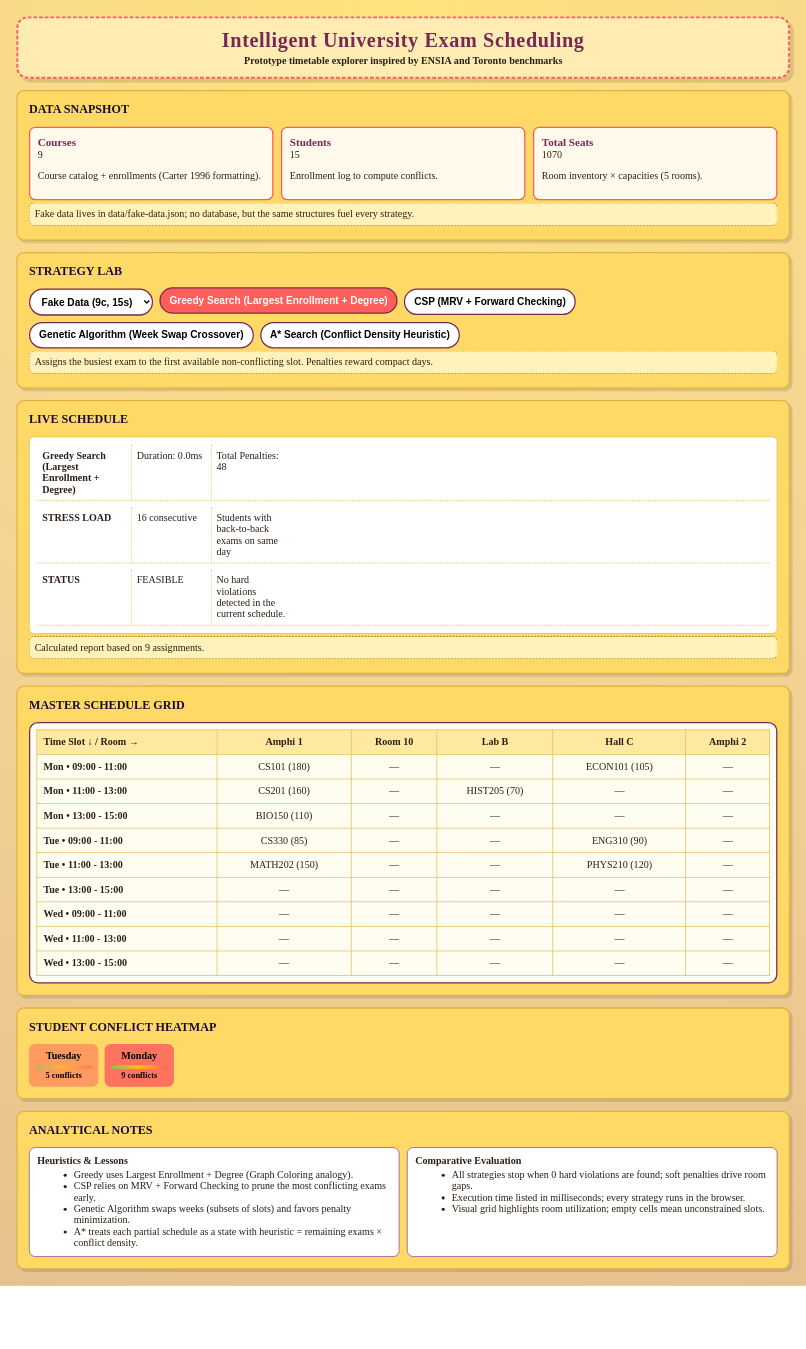
Repository: tarikko/AIExamScheduler
Page: index.html
These files come from the project's save history. The page is drawn as it stood at one moment and after the next save; the edit follows.
The browser window is 1280 px wide. The pictures show the whole page, at 63% of full size.

Above is the page before, as saved 2026-02-23 23:13:50.

### index.html
<!DOCTYPE html>
<html lang="en">
<head>
  <meta charset="UTF-8" />
  <meta name="viewport" content="width=device-width, initial-scale=1" />
  <title>Intelligent University Exam Scheduling System</title>
  <link rel="stylesheet" href="css/styles.css" />
</head>
<body>
  <div class="page">
    <header>
      <h1>Intelligent University Exam Scheduling</h1>
      <p>Prototype timetable explorer inspired by ENSIA and Toronto benchmarks</p>
    </header>

    <section>
      <h2>Data Snapshot</h2>
      <div class="data-grid" id="data-overview"></div>
      <div class="legend">Fake data lives in data/fake-data.json; no database, but the same structures fuel every strategy.</div>
    </section>

    <section>
      <h2>Strategy Lab</h2>
      <div class="controls" id="strategy-controls"></div>
      <div id="algo-note" class="legend"></div>
      <div id="progress-container" style="display: none; margin-top: 10px;">
        <div style="font-weight: bold; margin-bottom: 4px;">Computing Schedule...</div>
        <div style="width: 100%; background: #eee; border: 1px solid var(--grid-line); height: 20px; border-radius: 10px; overflow: hidden;">
          <div id="progress-bar" style="width: 0%; height: 100%; background: var(--accent); transition: width 0.2s;"></div>
        </div>
      </div>
    </section>

    <section id="schedule-wrapper">
      <h2>Live Schedule</h2>
      <div id="schedule-results"></div>
      <div class="legend" id="score-note"></div>
    </section>

    <section>
      <h2>Master Schedule Grid</h2>
      <div class="table-wrapper">
        <table id="master-grid"></table>
      </div>
    </section>

    <section>
      <h2>Student Conflict Heatmap</h2>
      <div id="heatmap" class="heatmap"></div>
    </section>

    <section>
      <h2>Analytical Notes</h2>
      <div class="notes">
        <div class="note-card">
          <strong>Heuristics & Lessons</strong>
          <ul>
            <li>Greedy uses Largest Enrollment + Degree (Graph Coloring analogy).</li>
            <li>CSP relies on MRV + Forward Checking to prune the most conflicting exams early.</li>
            <li>Genetic Algorithm swaps weeks (subsets of slots) and favors penalty minimization.</li>
            <li>A* treats each partial schedule as a state with heuristic = remaining exams × conflict density.</li>
          </ul>
        </div>
        <div class="note-card">
          <strong>Comparative Evaluation</strong>
          <ul>
            <li>All strategies stop when 0 hard violations are found; soft penalties drive room gaps.</li>
            <li>Execution time listed in milliseconds; every strategy runs in the browser.</li>
            <li>Visual grid highlights room utilization; empty cells mean unconstrained slots.</li>
          </ul>
        </div>
      </div>
    </section>
  </div>

  <script type="module" src="js/app.js"></script>
</body>
</html>

### css/styles.css
:root {
  color-scheme: light;
  --bg: #f5f1d2;
  --panel: #ffecb3;
  --panel-strong: #ffd966;
  --accent: #ff5e5b;
  --deep: #772953;
  --grid-line: #ddb347;
  font-family: 'Comic Sans MS', 'Comic Sans', cursive;
}

* {
  box-sizing: border-box;
}

body {
  margin: 0;
  background: radial-gradient(circle at top, #ffe27a, #f5d494 50%, #e7c18d 100%);
  color: #2b1f17;
}

.page {
  min-height: 100vh;
  padding: 26px;
  display: flex;
  flex-direction: column;
  gap: 18px;
}

header {
  background: var(--panel);
  border: 3px dashed var(--accent);
  padding: 16px;
  border-radius: 18px;
  box-shadow: 6px 6px 0 rgba(0, 0, 0, 0.12);
  text-align: center;
}

header h1 {
  margin: 0;
  font-size: 2rem;
  letter-spacing: 1px;
  color: var(--deep);
}

header p {
  margin: 6px 0 0;
  font-weight: bold;
}

section {
  background: var(--panel-strong);
  padding: 18px;
  border-radius: 12px;
  border: 2px solid var(--grid-line);
  box-shadow: 4px 4px 0 rgba(0, 0, 0, 0.12);
}

h2,
h3 {
  margin-top: 0;
  color: #1a0c35;
  text-transform: uppercase;
  font-size: 1.2rem;
}

.data-grid {
  display: grid;
  grid-template-columns: repeat(auto-fit, minmax(210px, 1fr));
  gap: 12px;
}

.data-card {
  border: 2px solid var(--accent);
  padding: 12px;
  border-radius: 10px;
  background: #ffffffdd;
}

.data-card strong {
  display: block;
  font-size: 1.1rem;
  color: var(--deep);
}

.controls {
  display: flex;
  flex-wrap: wrap;
  gap: 10px;
  align-items: center;
}

.algo-btn {
  border: 2px solid var(--deep);
  background: #fff;
  font-size: 1rem;
  padding: 10px 14px;
  border-radius: 999px;
  cursor: pointer;
  transition: transform 0.15s ease, background 0.15s ease;
  font-weight: bold;
}

.algo-btn.active,
.algo-btn:hover {
  background: var(--accent);
  color: #fff;
  transform: translateY(-2px);
}

#schedule-results {
  display: flex;
  flex-direction: column;
  gap: 10px;
  width: 100%;
  background: #ffffff;
  padding: 12px;
  border-radius: 8px;
  border: 1px solid var(--grid-line);
}

.legend {
  margin: 4px 0;
  padding: 8px;
  background: #fff2bb;
  border-radius: 8px;
  border: 1px dashed #b36b00;
}

.grid-header,
.grid-row {
  display: grid;
  grid-template-columns: 150px repeat(auto-fill, minmax(120px, 1fr));
  border-bottom: 2px solid var(--grid-line);
}

.grid-row {
  border-bottom: 1px dashed var(--grid-line);
}

.grid-cell {
  padding: 8px;
  border-right: 1px dotted var(--grid-line);
}

.grid-cell:last-child {
  border-right: none;
}

.slot-label {
  font-weight: bold;
}

.heatmap {
  display: flex;
  gap: 10px;
  flex-wrap: wrap;
}

.heat-cell {
  width: 110px;
  padding: 10px;
  border-radius: 10px;
  text-align: center;
  font-weight: bold;
  color: #000;
}

.heat-bar {
  width: 100%;
  height: 6px;
  border-radius: 3px;
  margin-top: 6px;
  background: linear-gradient(90deg, #75c964, #ffcc00, #ff5e5b);
}

.notes {
  display: flex;
  gap: 12px;
  flex-wrap: wrap;
}

.note-card {
  flex: 1;
  min-width: 280px;
  background: #fff;
  padding: 12px;
  border-radius: 10px;
  border: 1px solid #802e91;
}

.table-wrapper {
  overflow-x: auto;
  border: 2px solid var(--deep);
  border-radius: 14px;
  padding: 10px;
  background: #fffdf0;
  box-shadow: inset 0 0 0 1px rgba(255, 255, 255, 0.6);
}

#master-grid {
  width: 100%;
  border-collapse: collapse;
  font-family: inherit;
}

#master-grid th,
#master-grid td {
  border: 1px solid var(--grid-line);
  padding: 10px;
  text-align: center;
}

#master-grid th {
  background: #ffe9a1;
  font-weight: bold;
}

#master-grid th:first-child,
#master-grid td:first-child {
  text-align: left;
  font-weight: bold;
}

ul {
  margin: 4px 0 0 18px;
}

@media (max-width: 720px) {
  .grid-header,
  .grid-row {
    grid-template-columns: 120px repeat(auto-fill, minmax(100px, 1fr));
  }

  body {
    padding: 12px;
  }
}

### js/time-slots.js
export const timeSlots = [
	{ id: "Mon-09-11", day: "Monday", label: "Mon • 09:00 - 11:00", durationMins: 120, index: 0 },
	{ id: "Mon-11-13", day: "Monday", label: "Mon • 11:00 - 13:00", durationMins: 120, index: 1 },
	{ id: "Mon-13-15", day: "Monday", label: "Mon • 13:00 - 15:00", durationMins: 120, index: 2 },
	{ id: "Tue-09-11", day: "Tuesday", label: "Tue • 09:00 - 11:00", durationMins: 120, index: 3 },
	{ id: "Tue-11-13", day: "Tuesday", label: "Tue • 11:00 - 13:00", durationMins: 120, index: 4 },
	{ id: "Tue-13-15", day: "Tuesday", label: "Tue • 13:00 - 15:00", durationMins: 120, index: 5 },
	{
		id: "Wed-09-11",
		day: "Wednesday",
		label: "Wed • 09:00 - 11:00",
		durationMins: 120,
		index: 6,
	},
	{
		id: "Wed-11-13",
		day: "Wednesday",
		label: "Wed • 11:00 - 13:00",
		durationMins: 120,
		index: 7,
	},
	{
		id: "Wed-13-15",
		day: "Wednesday",
		label: "Wed • 13:00 - 15:00",
		durationMins: 120,
		index: 8,
	},
];

### js/utils.js
export function buildConflicts(data) {
	const map = {};
	data.courses.forEach((course) => {
		map[course.code] = new Set();
	});

	data.students.forEach((student) => {
		student.courses.forEach((courseA) => {
			student.courses.forEach((courseB) => {
				if (courseA !== courseB) {
					map[courseA].add(courseB);
				}
			});
		});
	});

	return map;
}

export function isSlotAvailable(courseCode, slot, room, assignments, data) {
	// 1. Check Duration Constraint
	const course = data.courses.find(c => c.code === courseCode);
	if (course && course.durationMins > slot.durationMins) {
		return false; // Exam is too long for this slot
	}

	for (const assigned of assignments) {
		if (assigned.slot.id === slot.id && assigned.room.name === room.name) {
			return false; // Room busy
		}
		if (assigned.slot.id === slot.id) {
			const conflict = data.students.some(
				(student) =>
					student.courses.includes(courseCode) &&
					student.courses.includes(assigned.course.code)
			);
			if (conflict) {
				return false;
			}
		}
	}
	return true;
}

export function assessPenalties(assignments, students) {
	let hardViolations = 0;
	let softViolations = 0;
	const seen = new Set();

	assignments.forEach((assignment) => {
		const key = `${assignment.slot.id}-${assignment.room.name}`;
		if (seen.has(key)) hardViolations++;
		seen.add(key);
	});

	students.forEach((student) => {
		const slots = assignments
			.filter((assignment) =>
				student.courses.includes(assignment.course.code)
			)
			.map((assignment) => assignment.slot.index)
			.sort((a, b) => a - b);
		for (let i = 0; i < slots.length - 1; i++) {
			if (slots[i + 1] - slots[i] === 1) softViolations++;
		}
	});

	return {
		penalty: hardViolations * 50 + softViolations * 3,
		hardViolations,
		softViolations,
	};
}

### js/ui.js
export function renderDataOverview(data) {
	const container = document.getElementById("data-overview");
	container.innerHTML = "";

	const enrollTotal = data.courses.reduce(
		(sum, course) => sum + course.enrollment,
		0
	);
	const roomTotal = data.rooms.length;

	const cards = [
		{
			title: "Courses",
			value: data.courses.length,
			detail: "Course catalog + enrollments (Carter 1996 formatting).",
		},
		{
			title: "Students",
			value: data.students.length,
			detail: "Enrollment log to compute conflicts.",
		},
		{
			title: "Total Seats",
			value: enrollTotal,
			detail: `Room inventory × capacities (${roomTotal} rooms).`,
		},
	];

	cards.forEach((card) => {
		const el = document.createElement("div");
		el.className = "data-card";
		el.innerHTML = `<strong>${card.title}</strong><span>${card.value}</span><p>${card.detail}</p>`;
		container.appendChild(el);
	});
}

export function renderSchedule(assignments, meta) {
	const results = document.getElementById("schedule-results");
	results.innerHTML = "";

	// Header
	const header = document.createElement("div");
	header.className = "grid-row";
	header.innerHTML = `<div class="grid-cell slot-label">${meta.label}</div>`;
	header.innerHTML += `<div class="grid-cell">Duration: ${meta.time.toFixed(1)}ms</div>`;
	header.innerHTML += `<div class="grid-cell">Total Penalties: ${meta.penalty}</div>`;
	results.appendChild(header);

	// Analyze Room Conflicts
	const roomSlotMap = new Map();
	const roomViolations = [];
	assignments.forEach((a) => {
		const key = `${a.slot.id}|${a.room.name}`;
		if (!roomSlotMap.has(key)) roomSlotMap.set(key, []);
		roomSlotMap.get(key).push(a.course.code);
	});
	roomSlotMap.forEach((courses, key) => {
		if (courses.length > 1) {
			const [slotId, roomName] = key.split("|");
			roomViolations.push(`${roomName} @ ${slotId}: ${courses.join(", ")}`);
		}
	});

	// Analyze Student Overlaps
	const studentSlotMap = new Map(); // student -> slot -> [courseCodes]
	const studentOverlaps = [];
	if (meta.students) {
		meta.students.forEach((student) => {
			const myAssignments = assignments.filter((a) =>
				student.courses.includes(a.course.code)
			);
			const slots = new Map();
			myAssignments.forEach((a) => {
				if (!slots.has(a.slot.id)) slots.set(a.slot.id, []);
				slots.get(a.slot.id).push(a.course.code);
			});
			slots.forEach((courses, slotId) => {
				if (courses.length > 1) {
					studentOverlaps.push(`Student ${student.id} @ ${slotId}: ${courses.join(" & ")}`);
				}
			});
		});
	}

	// 1. Room Conflict Rows
	if (roomViolations.length > 0) {
		const row = document.createElement("div");
		row.className = "grid-row";
		row.innerHTML = `<div class="grid-cell slot-label">ROOM CONFLICTS</div>`;
		row.innerHTML += `<div class="grid-cell">${roomViolations.length} double-bookings</div>`;
		row.innerHTML += `<div class="grid-cell">${roomViolations.slice(0, 3).join("; ")}${roomViolations.length > 3 ? "..." : ""}</div>`;
		results.appendChild(row);
	}

	// 2. Student Conflict Rows
	if (studentOverlaps.length > 0) {
		const row = document.createElement("div");
		row.className = "grid-row";
		row.innerHTML = `<div class="grid-cell slot-label">STUDENT CONFLICTS</div>`;
		row.innerHTML += `<div class="grid-cell">${studentOverlaps.length} overlaps</div>`;
		row.innerHTML += `<div class="grid-cell">${studentOverlaps.slice(0, 2).join("; ")}${studentOverlaps.length > 2 ? "..." : ""}</div>`;
		results.appendChild(row);
	}

	// 3. Stress Load Row
	if (meta.softViolations > 0) {
		const row = document.createElement("div");
		row.className = "grid-row";
		row.innerHTML = `<div class="grid-cell slot-label">STRESS LOAD</div>`;
		row.innerHTML += `<div class="grid-cell">${meta.softViolations} consecutive</div>`;
		row.innerHTML += `<div class="grid-cell">Students with back-to-back exams on same day</div>`;
		results.appendChild(row);
	}

	// 4. Duration Violation Rows
	const durationViolations = assignments.filter((a) => a.course.durationMins > a.slot.durationMins);
	if (durationViolations.length > 0) {
		const row = document.createElement("div");
		row.className = "grid-row";
		row.innerHTML = `<div class="grid-cell slot-label">DURATION ERROR</div>`;
		row.innerHTML += `<div class="grid-cell">${durationViolations.length} exceed slot</div>`;
		row.innerHTML += `<div class="grid-cell">${durationViolations.slice(0, 2).map(v => `${v.course.code} (${v.course.durationMins}m)` ).join("; ")}</div>`;
		results.appendChild(row);
	}

	// 5. Success Row
	if (roomViolations.length === 0 && studentOverlaps.length === 0 && durationViolations.length === 0) {
		const row = document.createElement("div");
		row.className = "grid-row";
		row.innerHTML = `<div class="grid-cell slot-label">STATUS</div>`;
		row.innerHTML += `<div class="grid-cell">FEASIBLE</div>`;
		row.innerHTML += `<div class="grid-cell">No hard violations detected in the current schedule.</div>`;
		results.appendChild(row);
	}

	document.getElementById("score-note").textContent =
		"Calculated report based on " + assignments.length + " assignments.";
}

export function buildMasterGrid(assignments, rooms, timeSlots) {
	const table = document.getElementById("master-grid");
	table.innerHTML = "";

	const thead = table.createTHead();
	const headRow = thead.insertRow();
	const anchor = document.createElement("th");
	anchor.textContent = "Time Slot ↓ / Room →";
	headRow.appendChild(anchor);
	rooms.forEach((room) => {
		const th = document.createElement("th");
		th.textContent = room.name;
		headRow.appendChild(th);
	});

	const tbody = table.createTBody();
	timeSlots.forEach((slot) => {
		const row = tbody.insertRow();
		const slotCell = row.insertCell();
		slotCell.textContent = slot.label;
		slotCell.className = "slot-label";

		rooms.forEach((room) => {
			const cell = row.insertCell();
			const match = assignments.find(
				(assignment) =>
					assignment.slot.id === slot.id &&
					assignment.room.name === room.name
			);
			cell.textContent = match
				? `${match.course.code} (${match.course.enrollment})`
				: "—";
		});
	});
}

export function buildHeatmap(assignments, students) {
	const container = document.getElementById("heatmap");
	container.innerHTML = "";
	const dayStress = {};

	students.forEach((student) => {
		const assignedSlots = assignments
			.filter((assignment) =>
				student.courses.includes(assignment.course.code)
			)
			.map((assignment) => assignment.slot)
			.sort((a, b) => a.index - b.index);
		assignedSlots.forEach((slot, index) => {
			const next = assignedSlots[index + 1];
			if (
				next &&
				next.day === slot.day &&
				next.index === slot.index + 1
			) {
				dayStress[slot.day] = (dayStress[slot.day] || 0) + 1;
			}
		});
	});

	Object.entries(dayStress).forEach(([day, count]) => {
		const cell = document.createElement("div");
		const intensity = Math.min(100, count * 12);
		cell.className = "heat-cell";
		cell.style.background = `rgba(255, 94, 91, ${Math.min(
			0.9,
			intensity / 120
		)})`;
		cell.innerHTML = `${day}<div class="heat-bar" style="opacity:${Math.min(
			1,
			intensity / 120
		)}"></div><small>${count} conflicts</small>`;
		container.appendChild(cell);
	});

	if (!Object.keys(dayStress).length) {
		container.innerHTML = "<p>No consecutive exam conflicts detected.</p>";
	}
}

### js/worker.js
// Web Worker for running scheduling algorithms in the background
import { greedySchedule } from "./algorithms/greedy.js";
import { cspSchedule } from "./algorithms/csp.js";
import { gaSchedule } from "./algorithms/ga.js";
import { aStarSchedule } from "./algorithms/astar.js";

const algos = {
	greedy: greedySchedule,
	csp: (data, onProgress) => cspSchedule(data), // Simple CSP doesn't support progress easily
	ga: gaSchedule,
	a_star: aStarSchedule,
};

onmessage = async (e) => {
	const { key, dataset } = e.data;
	const algoFn = algos[key];

	if (!algoFn) {
		postMessage({ type: "error", error: "Algorithm not found" });
		return;
	}

	const onProgress = (percent) => {
		postMessage({ type: "progress", percent });
	};

	try {
		const result = algoFn(dataset, onProgress);
		postMessage({ type: "result", result });
	} catch (err) {
		postMessage({ type: "error", error: err.message });
	}
};

### js/algorithms/greedy.js
import { timeSlots } from "../time-slots.js";
import { buildConflicts, isSlotAvailable } from "../utils.js";

export function greedySchedule(data, onProgress) {
	const conflicts = buildConflicts(data);
	const slots = data.timeSlots || timeSlots;
	const sortedCourses = [...data.courses].sort((a, b) => {
		const delta = conflicts[b.code].size - conflicts[a.code].size;
		return delta !== 0 ? delta : b.enrollment - a.enrollment;
	});

	const assigned = [];
	const total = sortedCourses.length;

	for (let i = 0; i < total; i++) {
		const course = sortedCourses[i];
		if (onProgress && i % 20 === 0) onProgress((i / total) * 100);

		let placed = false;
		for (const slot of slots) {
			for (const room of data.rooms) {
				if (room.capacity < course.enrollment) continue;
				if (isSlotAvailable(course.code, slot, room, assigned, data)) {
					assigned.push({ course, slot, room });
					placed = true;
					break;
				}
			}
			if (placed) break;
		}
	}
	if (onProgress) onProgress(100);
	return assigned;
}

### js/algorithms/csp.js
import { timeSlots } from "../time-slots.js";
import { buildConflicts } from "../utils.js";

export function cspSchedule(data, onProgress) {
	const slots = data.timeSlots || timeSlots;
	const conflicts = buildConflicts(data);
	const domains = {};
	data.courses.forEach((course) => {
		domains[course.code] = slots.flatMap((slot) =>
			data.rooms
				.filter(
					(room) =>
						room.capacity >= course.enrollment &&
						slot.durationMins >= course.durationMins
				)
				.map((room) => ({ slot, room }))
		);
	});

	function validAssignment(course, slot, room, partial) {
		return partial.every((assigned) => {
			if (assigned.slot.id === slot.id && assigned.room.name === room.name) {
				return false;
			}
			if (assigned.slot.id === slot.id) {
				const conflictsWith = conflicts[course.code].has(assigned.course.code);
				if (conflictsWith) return false;
			}
			return true;
		});
	}

	function selectCourse(partial) {
		const assigned = new Set(partial.map((entry) => entry.course.code));
		let candidate = null;
		data.courses.forEach((course) => {
			if (assigned.has(course.code)) return;
			const choices = (domains[course.code] || []).filter((choice) =>
				validAssignment(course, choice.slot, choice.room, partial)
			);
			if (!candidate || choices.length < (candidate.choices?.length || 0)) {
				candidate = { course, choices };
			}
		});
		return candidate;
	}

	function backtrack(partial) {
		if (onProgress) onProgress((partial.length / data.courses.length) * 100);
		if (partial.length === data.courses.length) return partial;
		const node = selectCourse(partial);
		if (!node || !node.choices || !node.choices.length) return null;
		for (const choice of node.choices) {
			const next = backtrack([
				...partial,
				{ course: node.course, slot: choice.slot, room: choice.room },
			]);
			if (next) return next;
		}
		return null;
	}

	const result = backtrack([]) || [];
	if (onProgress) onProgress(100);
	return result;
}

### js/algorithms/astar.js
import { timeSlots } from "../time-slots.js";
import { buildConflicts } from "../utils.js";

export function aStarSchedule(data, onProgress) {
	const conflicts = buildConflicts(data);
	const rooms = data.rooms;
	const slots = data.timeSlots || timeSlots;
	const domain = slots.flatMap((slot) =>
		rooms.map((room) => ({ slot, room }))
	);

	function heuristic(assignedCount) {
		return (data.courses.length - assignedCount) * 3 + assignedCount;
	}

	const frontier = [
		{
			assignments: [],
			f: heuristic(0),
		},
	];

	const maxSteps = 500;
	let steps = 0;

	while (frontier.length && steps < maxSteps) {
		if (onProgress && steps % 20 === 0) onProgress((steps / maxSteps) * 100);
		frontier.sort((a, b) => a.f - b.f);
		const node = frontier.shift();
		steps++;
		if (node.assignments.length === data.courses.length) {
			if (onProgress) onProgress(100);
			return node.assignments;
		}

		const nextCourse = data.courses[node.assignments.length];
		const filtered = domain.filter(
			({ slot, room }) =>
				room.capacity >= nextCourse.enrollment &&
				slot.durationMins >= nextCourse.durationMins
		);

		filtered.forEach((choice) => {
			const valid = node.assignments.every((assigned) => {
				if (
					assigned.slot.id === choice.slot.id &&
					assigned.room.name === choice.room.name
				) {
					return false;
				}
				if (
					assigned.slot.id === choice.slot.id &&
					conflicts[nextCourse.code].has(assigned.course.code)
				) {
					return false;
				}
				return true;
			});
			if (!valid) return;
			const child = {
				assignments: [
					...node.assignments,
					{
						course: nextCourse,
						slot: choice.slot,
						room: choice.room,
					},
				],
			};
			child.f =
				child.assignments.length + heuristic(child.assignments.length);
			frontier.push(child);
		});
	}

	if (onProgress) onProgress(100);
	return frontier[0]?.assignments || [];
}

Loaded but not shown: data/fake-data.json (37 lines, source omitted); js/app.js (141 lines, source omitted); js/benchmarks.js (130 lines, source omitted); js/algorithms/ga.js (96 lines, source omitted)

After the next save:
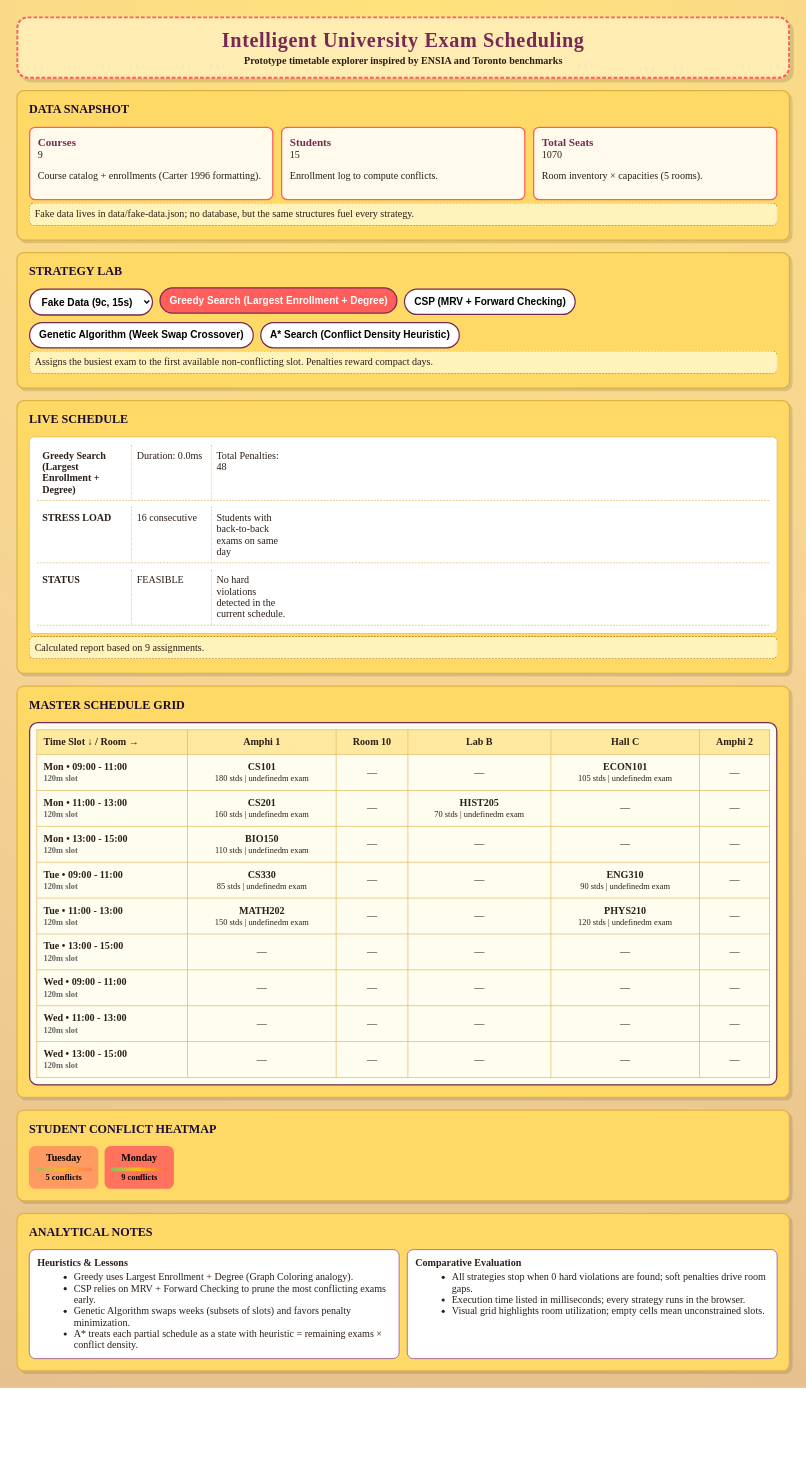
Saved 5 s later.
--- a/js/ui.js
+++ b/js/ui.js
@@ -156,7 +156,7 @@ export function buildMasterGrid(assignments, rooms, timeSlots) {
 	timeSlots.forEach((slot) => {
 		const row = tbody.insertRow();
 		const slotCell = row.insertCell();
-		slotCell.textContent = slot.label;
+		slotCell.innerHTML = `<div>${slot.label}</div><small style="color:#666">${slot.durationMins}m slot</small>`;
 		slotCell.className = "slot-label";
 
 		rooms.forEach((room) => {
@@ -166,9 +166,16 @@ export function buildMasterGrid(assignments, rooms, timeSlots) {
 					assignment.slot.id === slot.id &&
 					assignment.room.name === room.name
 			);
-			cell.textContent = match
-				? `${match.course.code} (${match.course.enrollment})`
-				: "—";
+			if (match) {
+				const isExceeding = match.course.durationMins > slot.durationMins;
+				cell.innerHTML = `<strong>${match.course.code}</strong><br><small>${match.course.enrollment} stds | ${match.course.durationMins}m exam</small>`;
+				if (isExceeding) {
+					cell.style.border = "2px solid #ff5e5b";
+					cell.title = "EXAM EXCEEDS SLOT DURATION";
+				}
+			} else {
+				cell.textContent = "—";
+			}
 		});
 	});
 }
